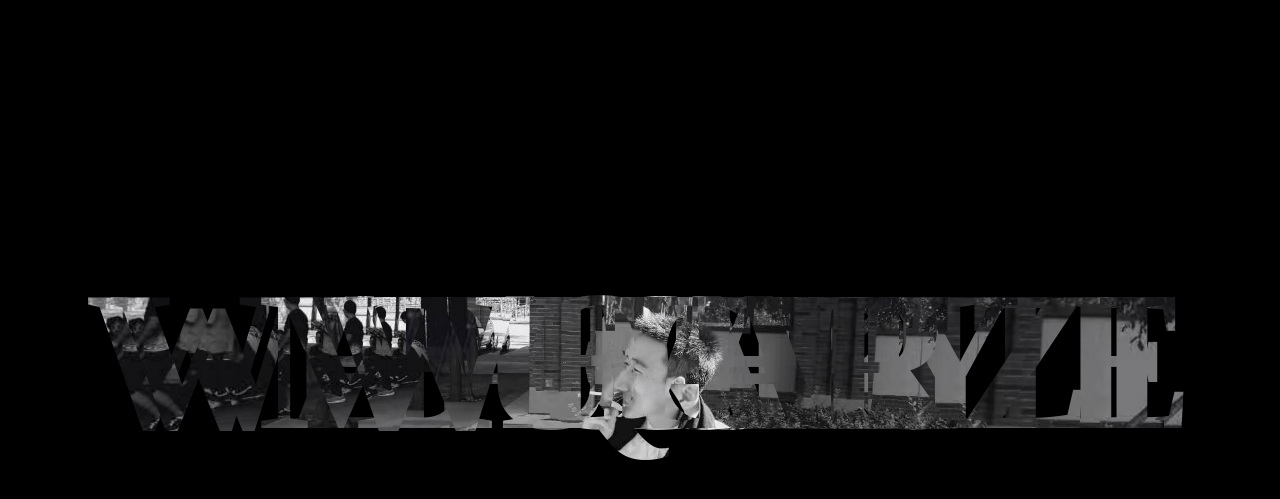
Repository: nishuiwei/nishuiwei.github.io
Page: background.html
The author's editor kept a copy of each file at every save. The page is drawn from the files as they stood at one save, then again after the next save.
The browser window is 1280 px wide. The pictures show the whole page.

Above is the page before, as saved 2019-12-19 16:40:58.

After the next save:
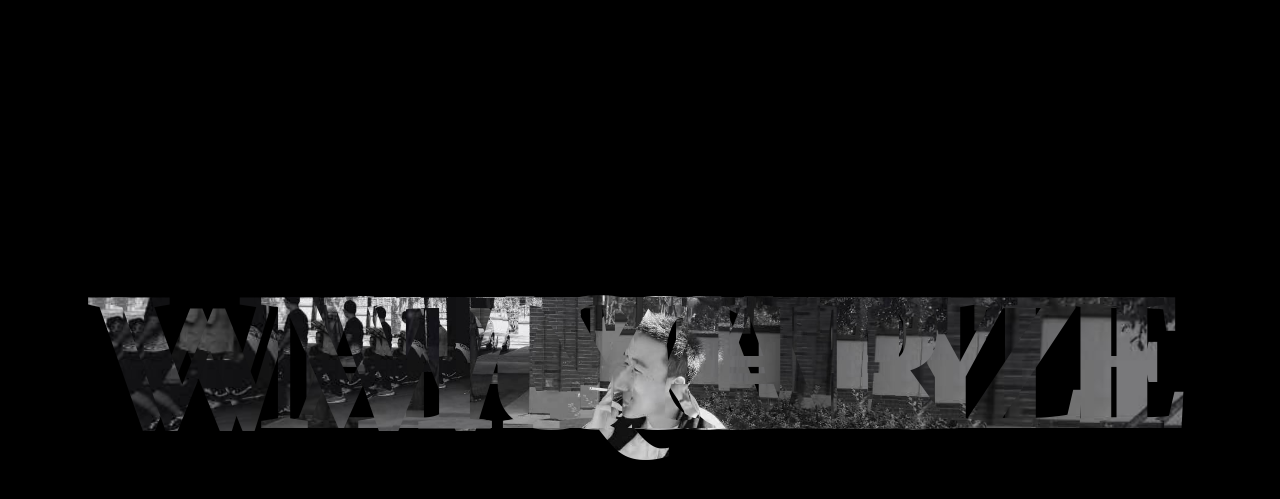
Saved 6 s later.
--- a/background.html
+++ b/background.html
@@ -57,6 +57,7 @@
       <h1>fuck</h1>
       <h1>what</h1>
       <h1>wqer</h1>
+      <h1>tyui</h1>
   </div>
 </body>
 
